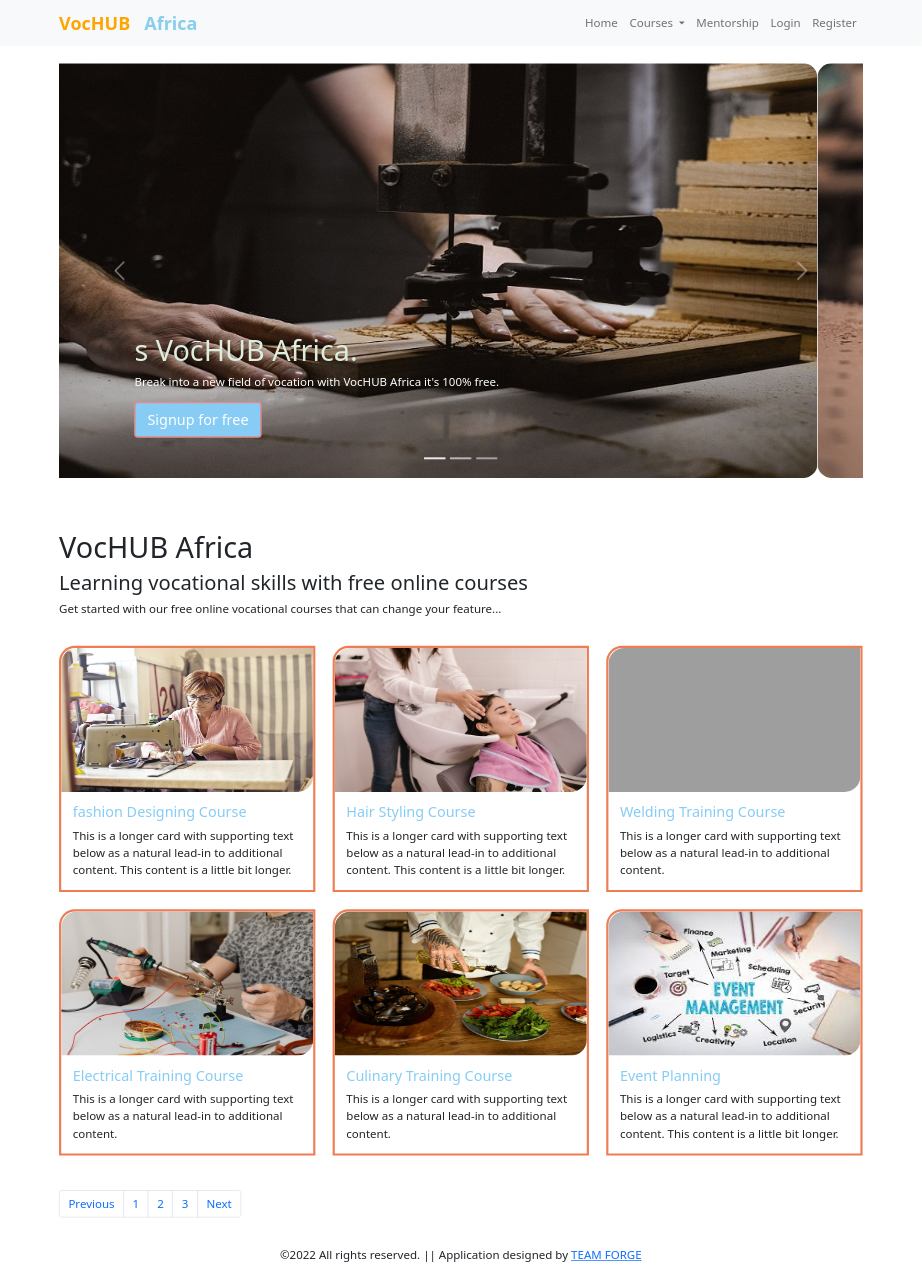
Repository: EKem01/VocHUB-Africa-Project
Page: / (app in client/)
The author's editor kept a copy of each file at every save. The page is drawn from the files as they stood at one save, then again after the next save.
The browser window is 1280 px wide. The pictures show the whole page, at 72% of full size.
Pictures or frames that could not be fetched are drawn as grey boxes. The project was rebuilt for these pictures with package versions that can differ from the ones it lists, and the page was loaded fresh each time. Also part of the build but not shown: client/angular.json, client/src/app/components/login/login.component.ts, client/src/app/components/register/register.component.ts, client/src/app/components/courses/fashion-designing/fashion-designing.component.ts, client/src/app/components/courses/hair-styling/hair-styling.component.ts, client/src/app/components/dashboard/dashboard.component.ts, client/src/app/components/logout/logout.component.ts, client/src/app/components/mentorship/mentorship.component.ts.

Above is the page before, as saved 2022-06-13 23:37:41.

After the next save:
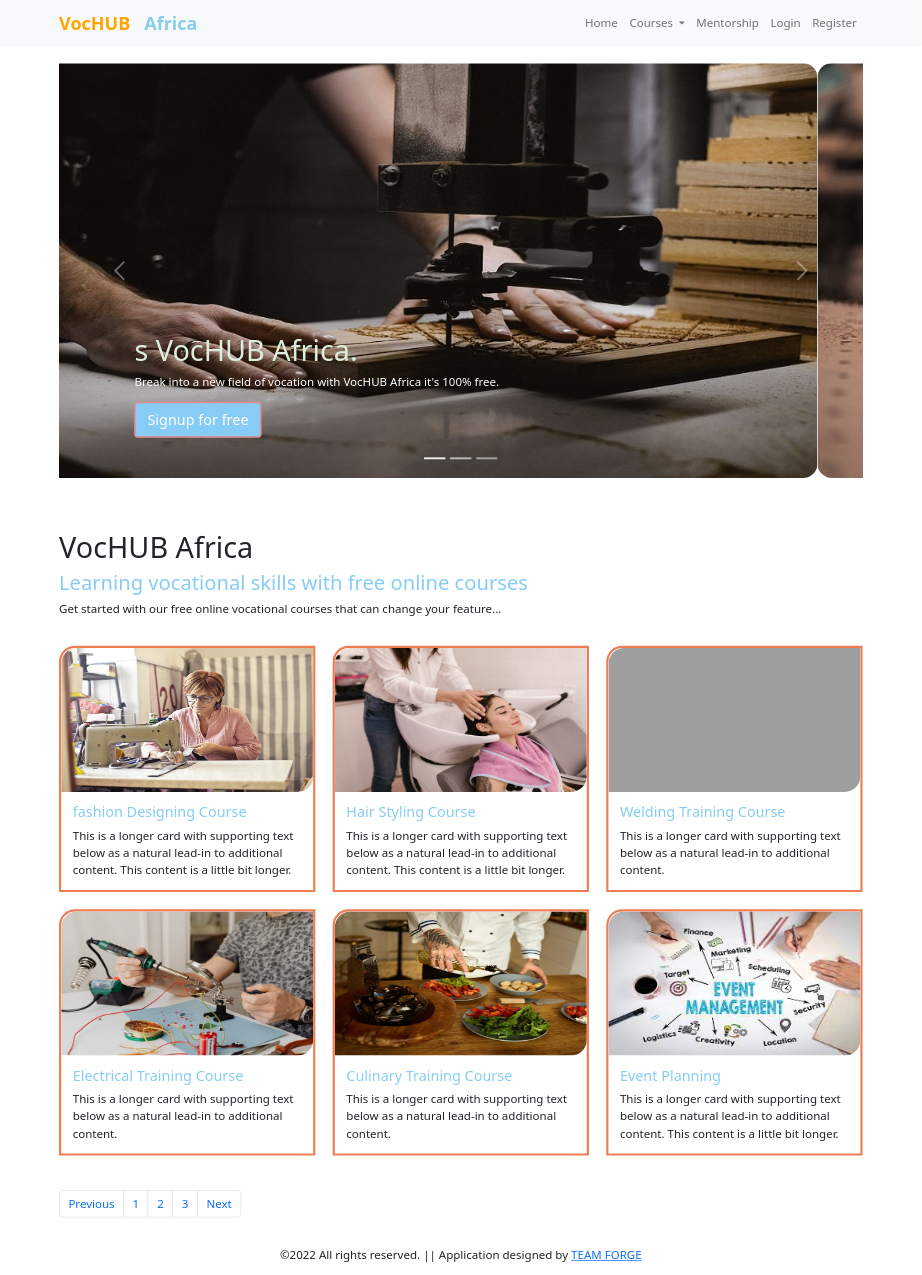
Saved 4 s later.
--- a/client/src/app/components/home/home.component.css
+++ b/client/src/app/components/home/home.component.css
@@ -16,7 +16,7 @@ img{
     background-color: rgb(134, 204, 245);
     border: 2px solid rgb(226, 140, 140);
 }
-p
+
 .courses h3{
     color:  rgb(134, 204, 245);
 }
